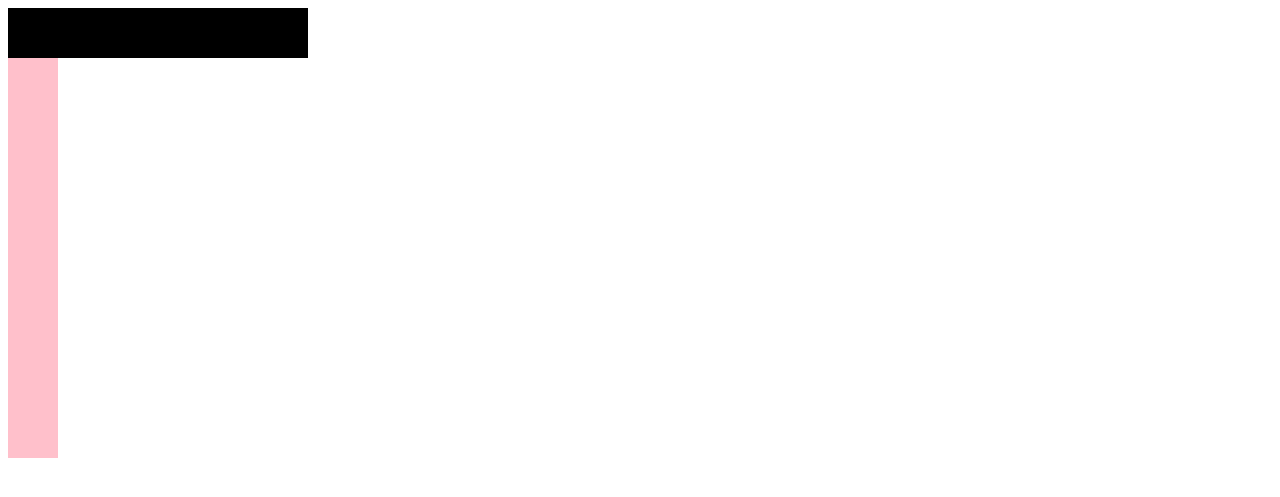
Repository: ConnyPinto/connypinto.github.io
Page: studio/typeface/typeface.html
The author's editor kept a record of every edit. The page is drawn from the files as they stood at one moment, then again after the next edit.
The browser window is 1280 px wide. The pictures show the whole page.

Above is the page before.

After the next edit:
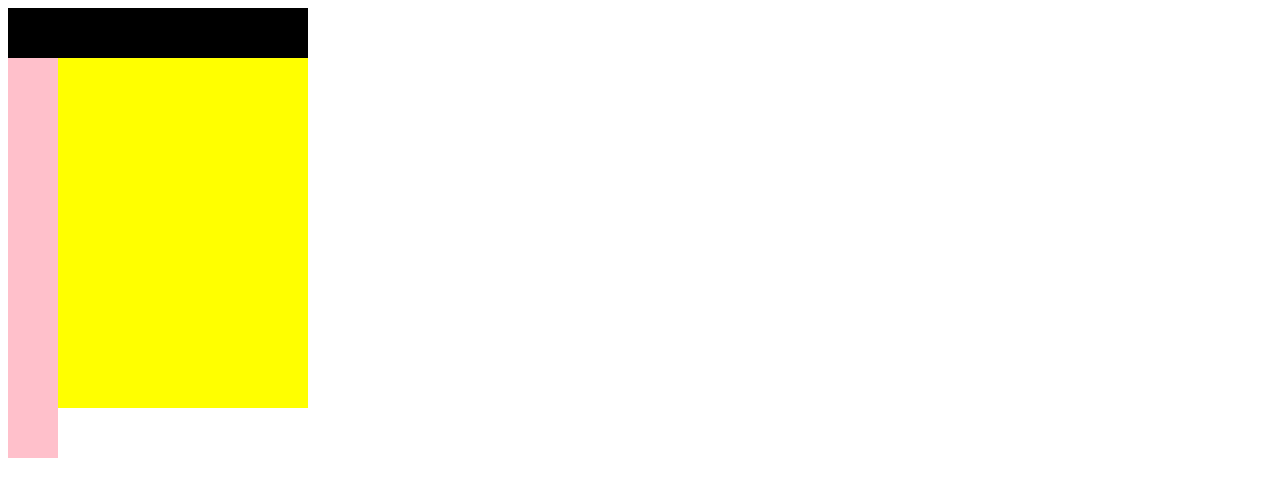
The edit:
--- a/studio/typeface/typeface.html
+++ b/studio/typeface/typeface.html
@@ -7,7 +7,7 @@
 
     <body>
 
-        <div class="letter-wrapper">
+        <div class="letter">
 
             <div class="horizontal bar"></div>
 
